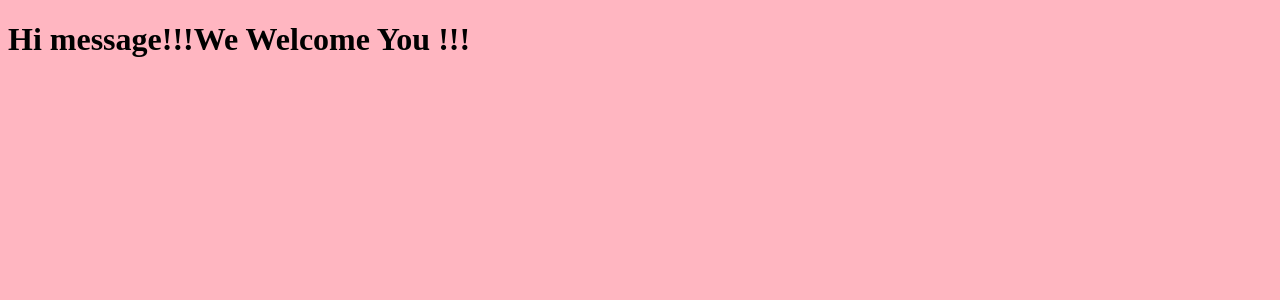
Repository: priyagund/jspServlet
Page: http://localhost/MyFirstLogin/welcome.jsp
An editor plug-in stored every save of this project. The page is shown before and after the next save, followed by the edit.
The browser window is 1280 px wide. The pictures show the whole page.
The page is served by Tomcat 9. Other server files are loaded and not shown.

Above is the page before, as saved 2019-10-10 12:35:24.

### MyFirstLogin/WebContent/welcome.jsp
<%@ page language="java" contentType="text/html; charset=UTF-8"
    pageEncoding="UTF-8"%>
<!DOCTYPE html>
<html>
<head>
<meta charset="UTF-8">
<title>Insert title here</title>
</head>
<body style="background-color:lightpink">
<h1>Hi ${"message"}!!!We Welcome You !!!</h1>

</body>
</html>

After the next save:
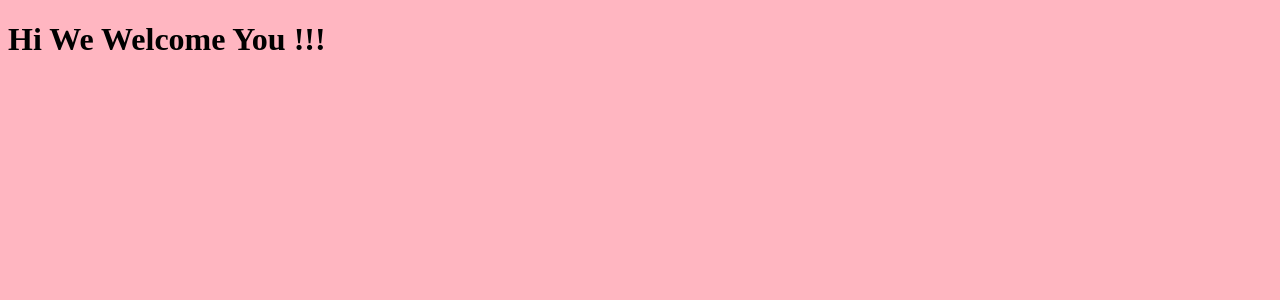
Saved 23 s later.
--- a/MyFirstLogin/WebContent/welcome.jsp
+++ b/MyFirstLogin/WebContent/welcome.jsp
@@ -7,7 +7,7 @@
 <title>Insert title here</title>
 </head>
 <body style="background-color:lightpink">
-<h1>Hi ${"message"}!!!We Welcome You !!!</h1>
+<h1>Hi We Welcome You !!!</h1>
 
 </body>
 </html>
